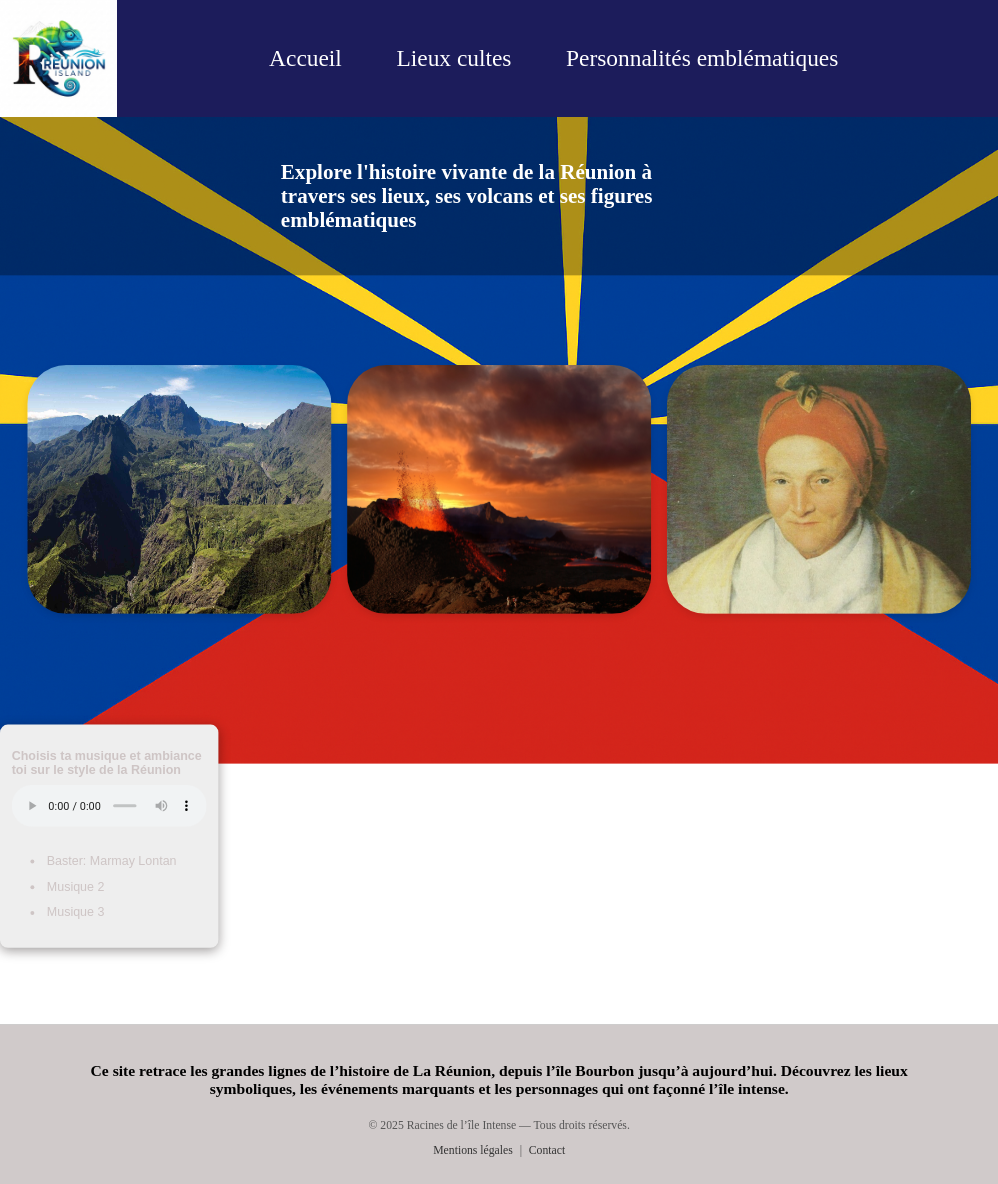
Repository: racinesintense974/Racines-de-lile-intense
Page: index.html
The author's editor kept a copy of each file at every save. The page is drawn from the files as they stood at one save, then again after the next save.
The browser window is 1280 px wide. The pictures show the whole page, at 78% of full size.

Above is the page before, as saved 2026-02-12 14:49:56.

### index.html
<!DOCTYPE html>
<html lang="fr">
<head>
    <meta charset="UTF-8">
    <meta name="viewport" content="width=device-width, initial-scale=1.0">
    <title>Racines - L'histoire de l'île intense</title>
<link rel="stylesheet" href="css/style.css">
<style>
.player{
  background:#eee;
  padding:15px;
  width:250px;
  border-radius:10px;
  font-family:Arial;
}
li{
  cursor:pointer;
  margin:5px 0;
}
li:hover{
  color:green;
}
</style>
</head>


<body>
    <section class="top-page">
        <header class="header">
            <img src="image/logo22.png" alt="logo du site">
        <nav class="nav">
    <ul class="menu">
        <li><a href="index.html">Accueil</a></li>

        <li class="dropdown">
            <a href="#">Lieux cultes</a>
            <ul class="submenu">
                <li><a href="mafate.html">Mafate</a></li>
                <li><a href="cilaos.html">Cilaos</a></li>
                <li><a href="volcans.html">Les volcans</a></li>
            </ul>
        </li>

         <li class="dropdown">
        <a href="#">Personnalités emblématiques</a>
            <ul class="submenu">
                <li><a href="Olivier.html">Olivier Levasseur</a></li>
                <li><a href="Desbassayns.html">Madame Desbassayns</a></li>
                <li><a href="Garros.html">Rolland Garros</a></li>
            </ul>
        </li>
    </ul>
</nav>

        </header>


        <div class="landing-page">
        <h1 class="big-title">Explore l'histoire vivante de la Réunion à travers ses lieux, ses volcans et ses figures emblématiques</h1>
        </div>

        <div class="conteneur-central">
<section class="galerie-images">
  <img src="image/mafate.jpg" alt="Image 1">
  <img src="image/volcan.jpeg" alt="Image 2">
  <img src="image/desbassyns.png" alt="Image 3">
</section>
</div>

<div class="player">
  <p id="titre">Choisis ta musique et ambiance toi sur le style de la Réunion</p>

  <audio id="audio" controls></audio>

  <ul>
    <li onclick="playMusic('musique1.mp3','Musique 1')">Baster: Marmay Lontan</li>
    <li onclick="playMusic('musique2.mp3','Musique 2')">Musique 2</li>
    <li onclick="playMusic('musique3.mp3','Musique 3')">Musique 3</li>
  </ul>
</div>

<script>
function playMusic(src,name){
  const audio=document.getElementById("audio");
  document.getElementById("titre").textContent=name;
  audio.src=src;
  audio.play();
}
</script>


   <footer class="footer">
    <h1 class="big-title2">Ce site retrace les grandes lignes de l’histoire de La Réunion, depuis l’île Bourbon jusqu’à aujourd’hui. Découvrez les lieux symboliques, les événements marquants et les personnages qui ont façonné l’île intense.</h1>
  <p>&copy; 2025 Racines de l’île Intense — Tous droits réservés.</p>
  <p><a href="mentions-legales.html">Mentions légales</a> | <a href="contact.html">Contact</a></p>
</footer>

    </section>

</body>
</html>

### css/style.css

*

body {
    margin: 0 auto;

}

header.header {
    display: flex;
    align-items: center;
    background-color: rgb(28, 28, 91);                    /* Entête */
    margin: 0;

}

header.header img {
    width: 150px;
}






section.top-page {
    background: url('../image/gptidr2.png');
    background-size: cover;
    height: 136vh;
    padding: 0px;
}
/* page de bienvenue (landing page) */
.big-title {
    color: rgb(255, 255, 255);
    font-size: 27px;
    padding: 55px 360px;
    background-color: rgba(0, 0, 0, 0.323);
    margin-top: 0;



}
html, body {
  height: 100%;           /* Nécessaire pour que le conteneur remplisse l'écran */
  margin: 0;
  padding: 0;
}

.conteneur-central {
  display: flex;
  justify-content: center;      /* centre horizontalement */
  align-items: center;          /* centre verticalement */
  height: 70vh;                /* 100% de la hauteur de l'écran */
}

/* La galerie contient les images */
.galerie-images {
  display: flex;
  gap: 20px;
  flex-wrap: wrap;
  justify-content: center;
}

.galerie-images img {
  width: 390px;
  height: auto;
  border-radius: 50px;
  box-shadow: 0 4px 10px rgba(0, 0, 0, 0.1);
  transition: transform 0.3s ease;
}

.galerie-images img:hover {
  transform: scale(1.05);
}

.big-title2 {
    color: black;
    font-size: 20px;
    padding: 10px 50px;
}
/* Sous-page */
.footer {
    width: 100%;
  background-color: #d0caca;
  padding: 20px;
  text-align: center;
  font-size: 15px;
  color: #555;
  border-top: 1px solid #ccc;
  margin-top: 98px;
   box-sizing: border-box;

}

.footer a {
  color: #333;
  text-decoration: none;
  margin: 0 5px;
}

.footer a:hover {
  text-decoration: underline;
}


/* menu de navigation */

nav.nav {
    display: flex;
    justify-content: space-between;
    list-style: none;
    width: 970px;
    margin-left: 180px;
font-size: 30px;
}


nav.nav li {
    color: white;
}



/* ===== MENU DEROULANT LIEUX-CULTES ===== */

nav.nav ul.menu {
    list-style: none;
    display: flex;
    gap: 40px;           /* espace entre les éléments */
    margin: 0;
    padding: 0;
}

nav.nav ul.menu > li {
    position: relative;
}

nav.nav ul.menu a {
    text-decoration: none;
    color: white;
    font-size: 30px;
    padding: 10px;
}

/* Sous-menu caché */
.submenu {
    list-style: none;
    padding: 0;
    margin: 0;
    position: absolute;
    background: rgb(12, 16, 70);
    border-radius: 5px;
    border: 1px solid black;
    display: none;
    min-width: 180px;
    z-index: 10;
}

/* Liens du sous-menu */
.submenu li a {
    color: black;
    padding: 10px;
    display: block;
    font-size: 20px;
}

/* Apparition au survol */
.dropdown:hover .submenu {
    display: block;
}

/* Effet hover */
.submenu li a:hover {
    background-color: #a01212;
}


.player{
  background:#1f1c1c;
  padding:15px;
  width:260px;
  border-radius:12px;
  margin-top: 50px;
  font-family:Arial;
  color:rgb(206, 197, 197);
  box-shadow:0 4px 15px rgba(15, 8, 8, 0.4);
}

audio{
  width:100%;
  margin-bottom:10px;
}

#titre{
  font-weight:bold;
  margin-bottom:10px;
}

li{
  cursor:pointer;
  padding:5px;
  border-radius:6px;
}

li:hover{
  background:#edecec;
}

After the next save:
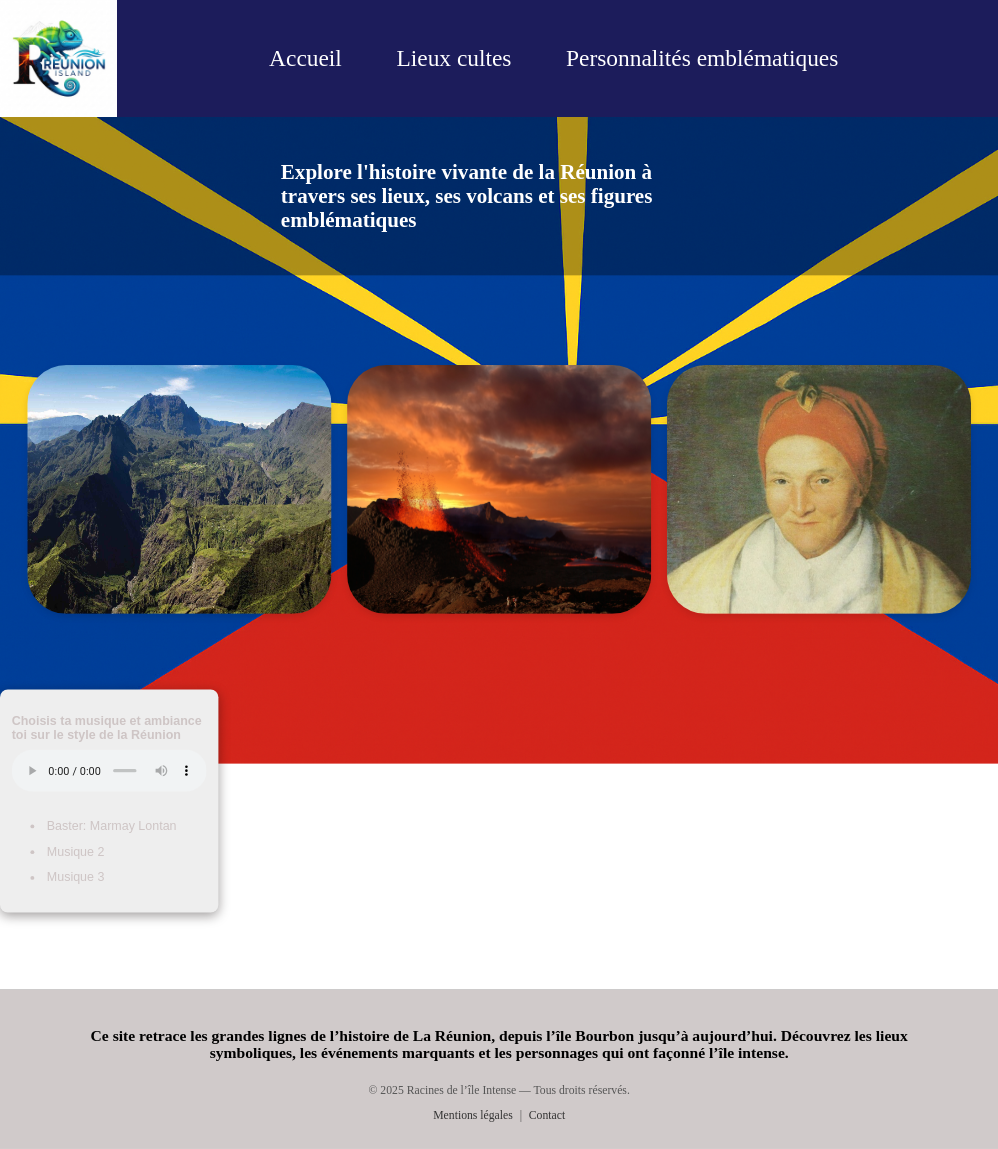
Saved 13 s later.
--- a/css/style.css
+++ b/css/style.css
@@ -180,7 +180,7 @@ nav.nav ul.menu a {
   padding:15px;
   width:260px;
   border-radius:12px;
-  margin-top: 50px;
+  margin-top: 5px;
   font-family:Arial;
   color:rgb(206, 197, 197);
   box-shadow:0 4px 15px rgba(15, 8, 8, 0.4);
